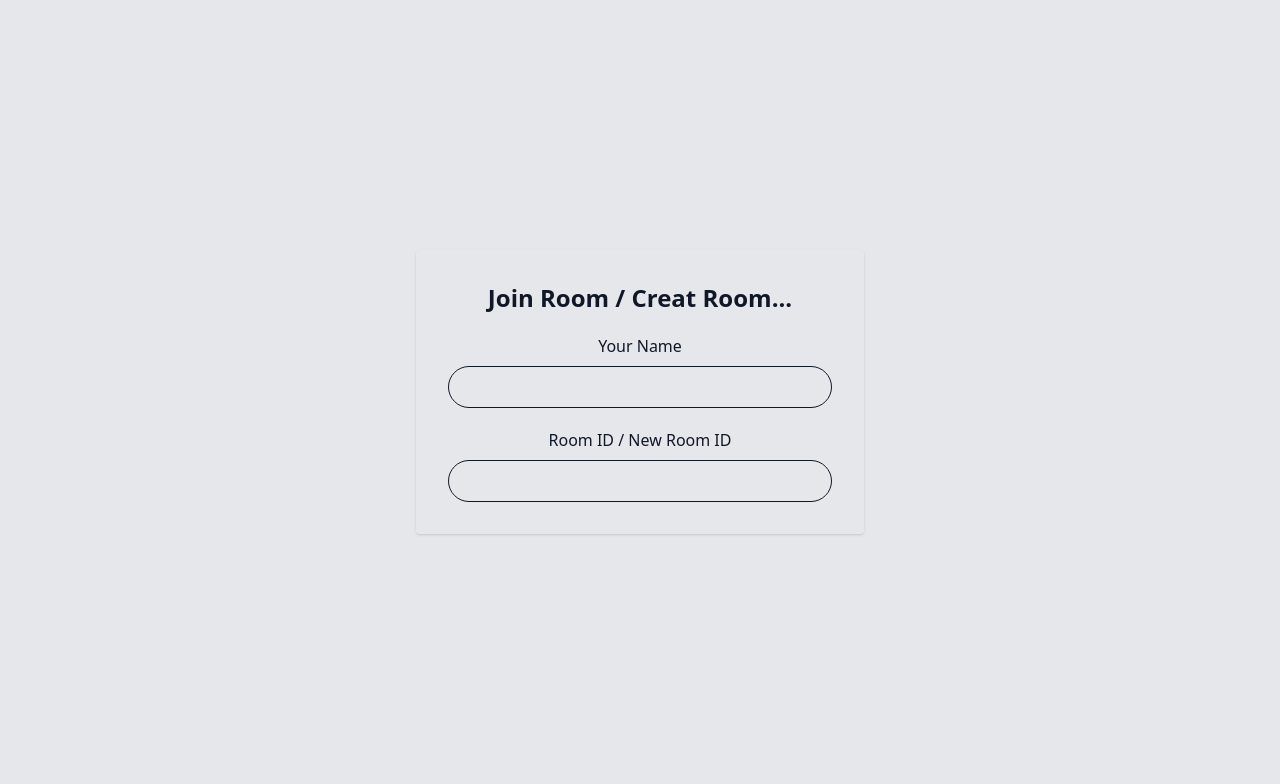
Repository: Saquib45/ChatApplication
Page: / (app in front-chat/)
An editor plug-in stored every save of this project. The page is shown before and after a run of saves, followed by the edit.
The browser window is 1280 px wide. The pictures show the whole page.
The project was rebuilt for these pictures with package versions that can differ from the ones it lists, and the page was loaded fresh each time. Also part of the build but not shown: front-chat/vite.config.js.

Above is the page before, as saved 2025-04-12 17:47:39.

After the next 3 saves:
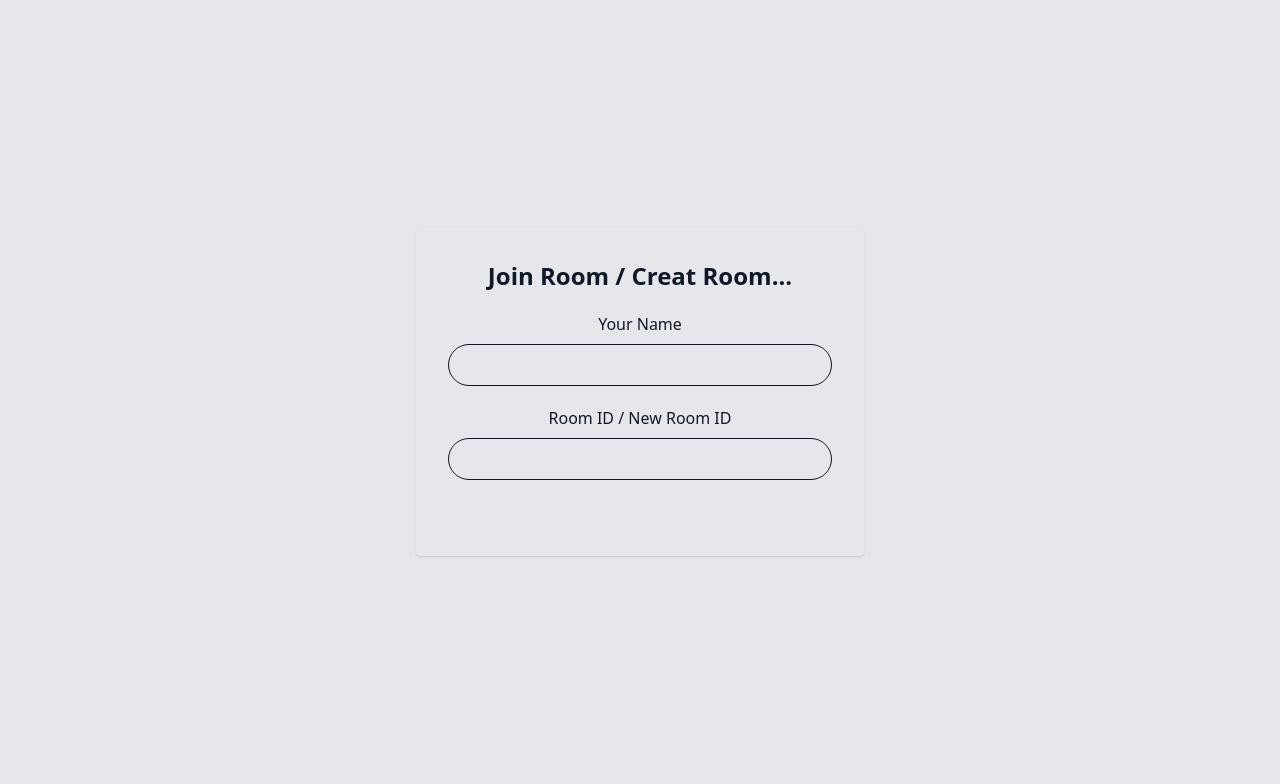
The 3 saves are shown as one change because they came seconds apart.
The last was saved 9 s later.
--- a/front-chat/src/components/JoinCreateChat.jsx
+++ b/front-chat/src/components/JoinCreateChat.jsx
@@ -26,7 +26,9 @@ const JoinCreateChat = () => {
                 </div>
 
                 {/* Button */}
-
+                <div>
+                    <button></button>
+                </div>
             </div>
 
         </div>
